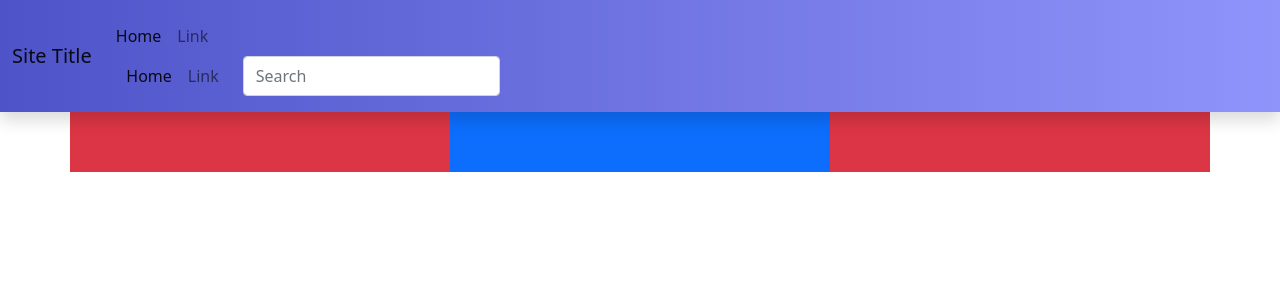
Repository: ttranhhoang/layoutBS
Page: layoutBS1/index.html
The author's editor kept a copy of each file at every save. The page is drawn from the files as they stood at one save, then again after a run of saves.
The browser window is 1280 px wide. The pictures show the whole page.

Above is the page before, as saved 2022-04-24 18:02:11.

After the next 3 saves:
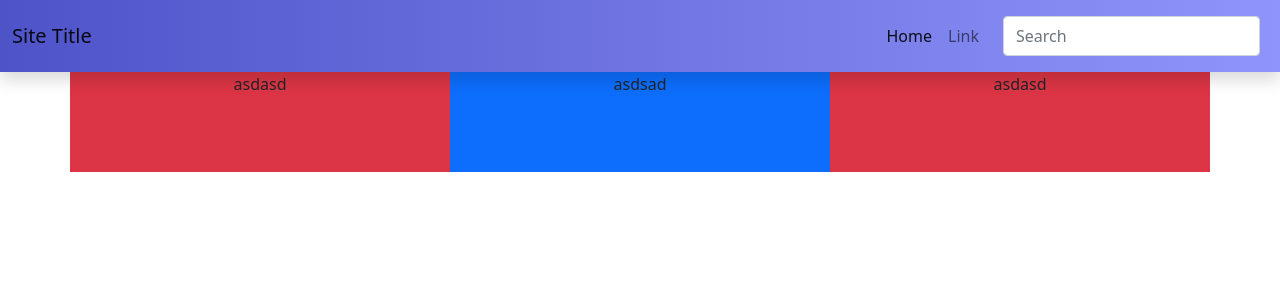
The 3 saves are shown as one change because they came seconds apart.
The last was saved 2 min 50 s later.
--- a/layoutBS1/index.html
+++ b/layoutBS1/index.html
@@ -29,35 +29,9 @@
           >
             <span class="navbar-toggler-icon"></span>
           </button>
-          <div
-            class="offcanvas offcanvas-end"
-            tabindex="-1"
-            id="navbarOffcanvasLg"
-            aria-labelledby="navbarOffcanvasLgLabel"
-          >
-            <!-- <div class="offcanvas-header">
-              <h5 class="offcanvas-title" id="offcanvasNavbarLabel">
-                Offcanvas
-              </h5>
-              <button
-                type="button"
-                class="btn-close text-reset"
-                data-bs-dismiss="offcanvas"
-                aria-label="Close"
-              ></button>
-            </div> -->
-            <div class="offcanvas-body">
-              <ul class="navbar-nav pe-3">
-                <li class="nav-item">
-                  <a class="nav-link active" aria-current="page" href="#"
-                    >Home</a
-                  >
-                </li>
-                <li class="nav-item">
-                  <a class="nav-link" href="#">Link</a>
-                </li>
-              </ul>
-            </div>
+
+
+
 
 
 
